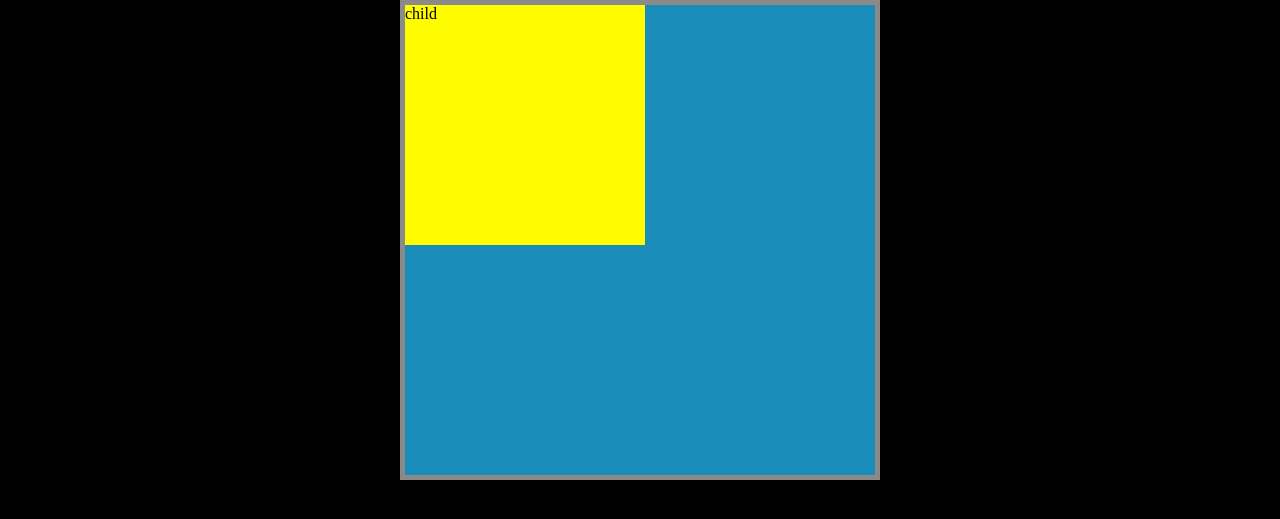
Repository: badhon252/revision
Page: Day-5/index.html
The author's editor kept a copy of each file at every save. The page is drawn from the files as they stood at one save, then again after the next save.
The browser window is 1280 px wide. The pictures show the whole page.

Above is the page before, as saved 2022-02-11 22:45:21.

### Day-5/index.html
<!DOCTYPE html>
<html lang="en">

<head>
    <meta charset="UTF-8">
    <meta http-equiv="X-UA-Compatible" content="IE=edge">
    <meta name="viewport" content="width=device-width, initial-scale=1.0">
    <link rel="stylesheet" href="index.css">
    <title>animation</title>
</head>

<body>
    <div class="parent">
        <div class="child">child</div>
    </div>
</body>

</html>

### Day-5/index.css
* {
  margin: 0;
  padding: 0;
  box-sizing: border-box;
  background-color: #000;
}

.parent {
  width: 30rem;
  height: 30rem;
  background-color: rgb(25, 140, 185);
  margin: auto auto;
  border: 5px solid rgb(138, 138, 138);
}

.child {
  width: 15rem;
  height: 15rem;
  background-color: rgb(255, 251, 0);
}

After the next save:
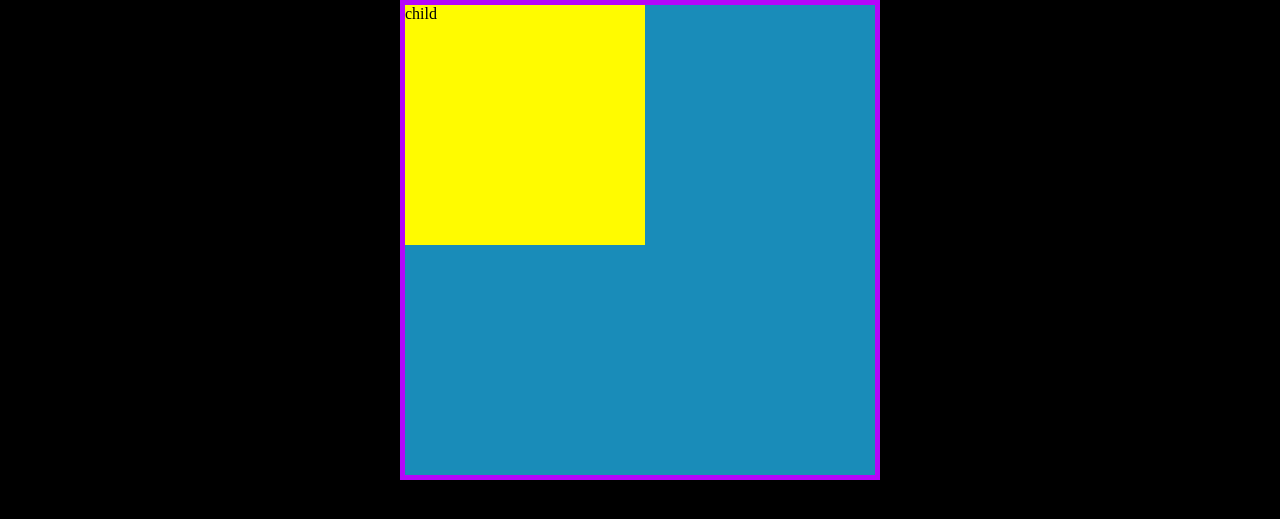
Saved 10 s later.
--- a/Day-5/index.css
+++ b/Day-5/index.css
@@ -10,7 +10,7 @@
   height: 30rem;
   background-color: rgb(25, 140, 185);
   margin: auto auto;
-  border: 5px solid rgb(138, 138, 138);
+  border: 5px solid rgb(180, 5, 250);
 }
 
 .child {
